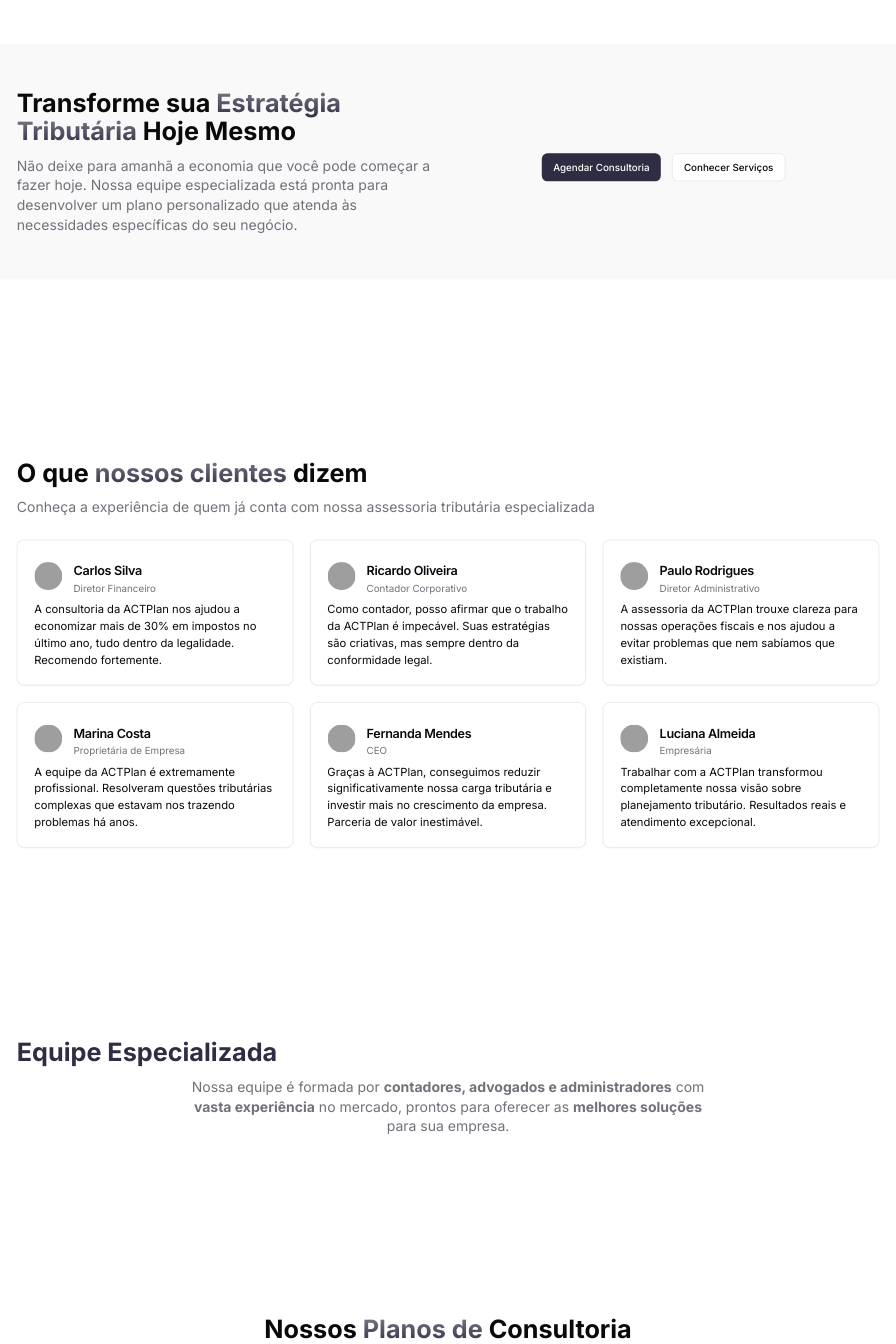
Repository: xoiurp/actplan-landing-page
Page: / (app in shadcn-landing-page-main/)
An editor plug-in stored every save of this project. The page is shown before and after the next save, followed by the edit.
The browser window is 1280 px wide. The pictures show the part of the page from y = 4580 to 6500 px (the page is 8630 px tall), at 70% of full size.
Pictures or frames that could not be fetched are drawn as grey boxes. The project was rebuilt for these pictures with package versions that can differ from the ones it lists, and the page was loaded fresh each time. Also part of the build but not shown: shadcn-landing-page-main/vite.config.ts.

Above is the page before, as saved 2025-06-24 17:35:43.

After the next save:
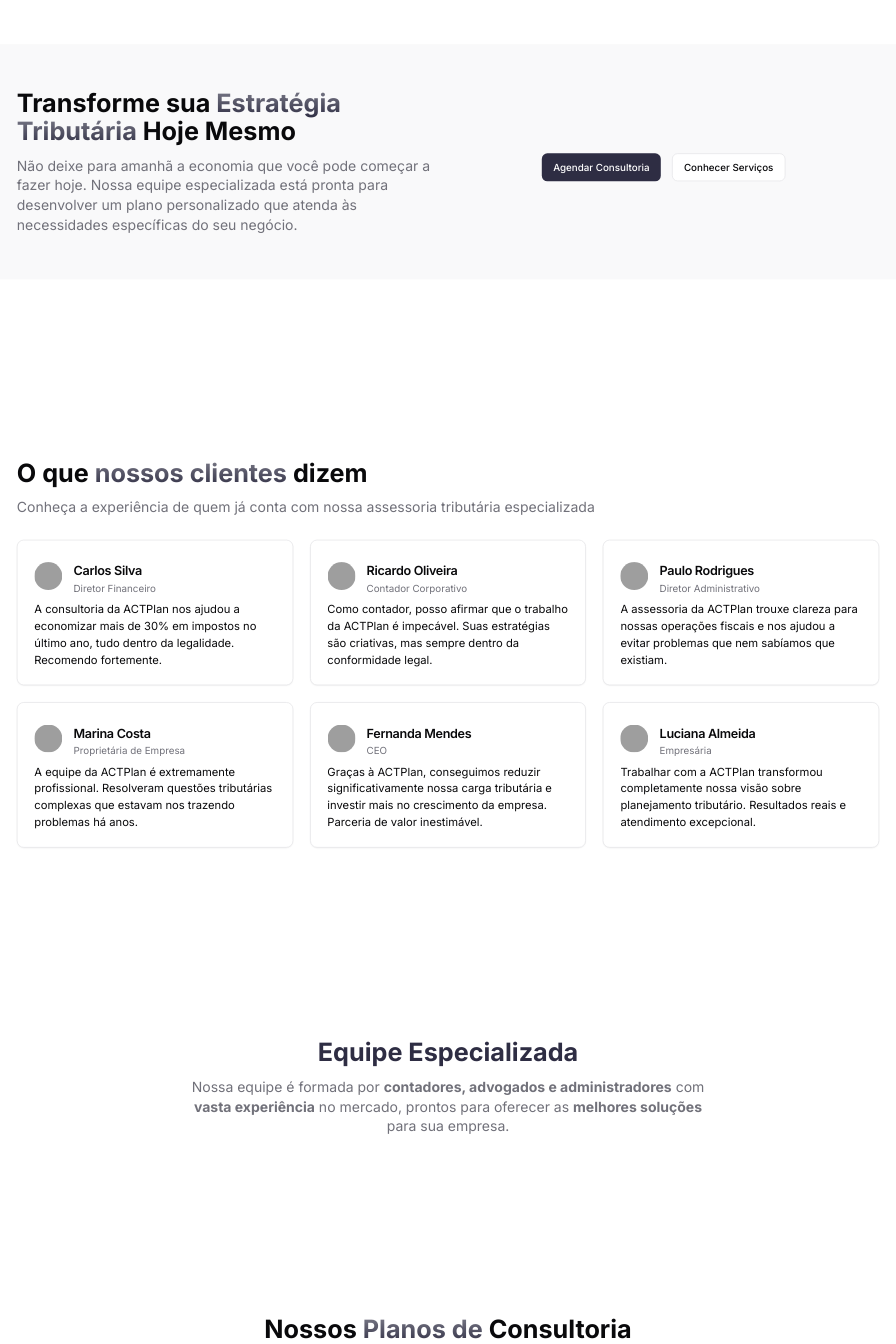
Saved 4 s later.
--- a/shadcn-landing-page-main/src/components/Team.tsx
+++ b/shadcn-landing-page-main/src/components/Team.tsx
@@ -4,7 +4,7 @@ export const Team = () => {
       id="team"
       className="container py-24 sm:py-32"
     >
-      <h2 className="text-3xl md:text-4xl font-bold text-primary">
+      <h2 className="text-3xl md:text-4xl font-bold text-primary text-center">
         Equipe Especializada
       </h2>
 
